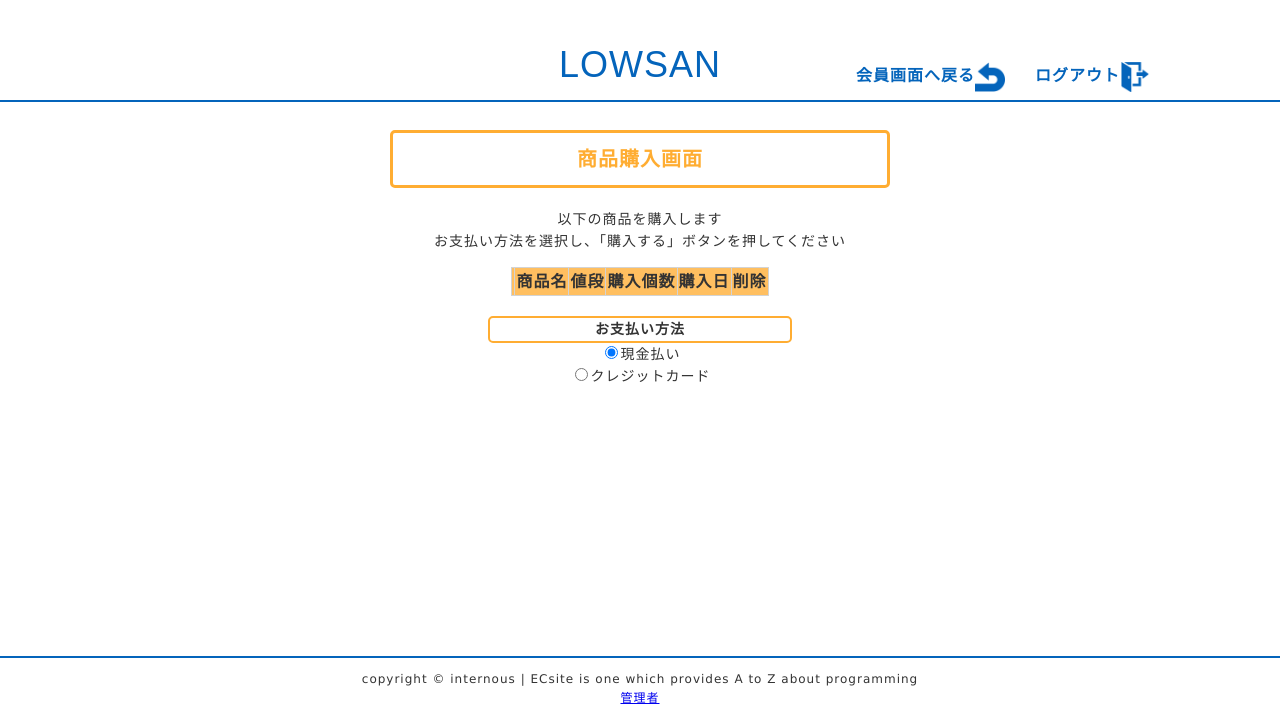
Repository: nishimura0212/myECsite
Page: http://localhost/ecsite/buyItem.jsp
The author's editor kept a copy of each file at every save. The page is drawn from the files as they stood at one save, then again after the next save.
The browser window is 1280 px wide. The pictures show the whole page.
The page is served by Tomcat 9.

Above is the page before, as saved 2019-01-02 14:42:00.

After the next save:
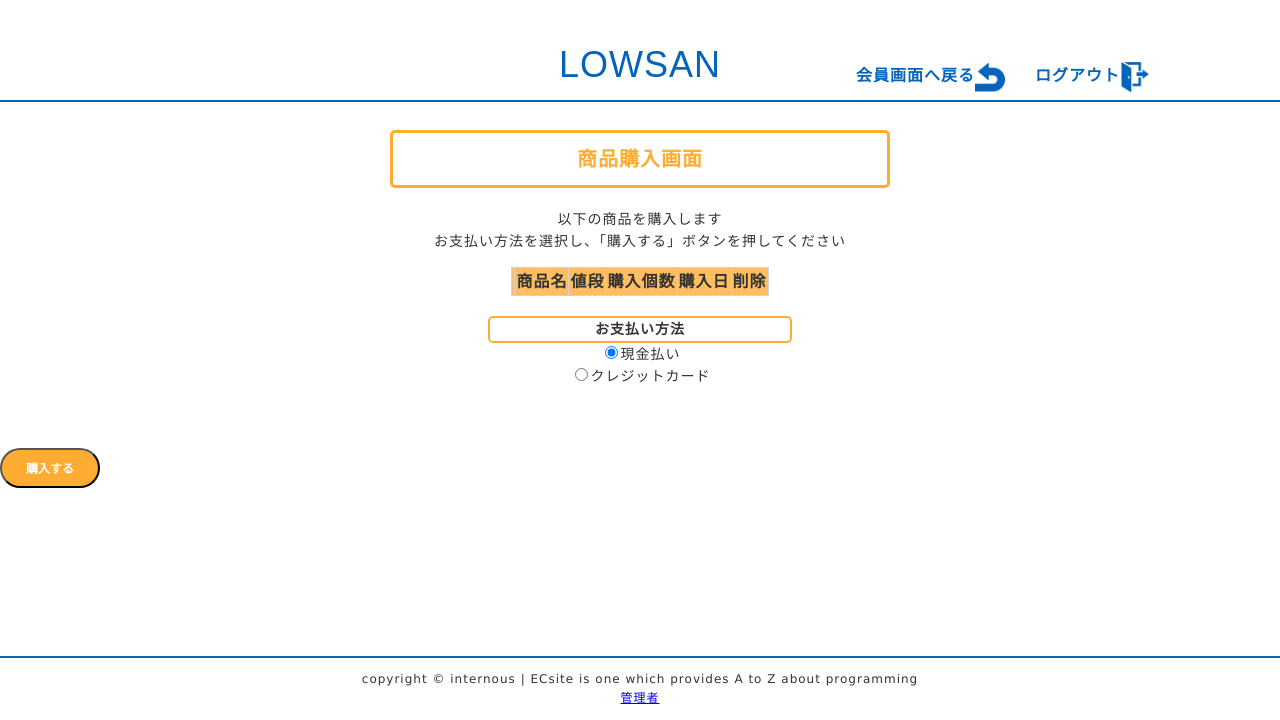
Saved 77 s later.
--- a/ecsite/WebContent/buyItem.jsp
+++ b/ecsite/WebContent/buyItem.jsp
@@ -64,6 +64,9 @@
 			<input type="radio" name="pay" value="1" checked="checked" class="radio">現金払い
 			<br><input type="radio" name="pay"value="2" class="radio">クレジットカード
 		</div>
+		<s:form action="BuyItemAction">
+			<button type="submit" class="single_btn">購入する</button>
+		</s:form>
 	</div>
 	<div id="footer">
 		<p>copyright &copy; internous | ECsite is one which provides A to Z about programming<br/>
